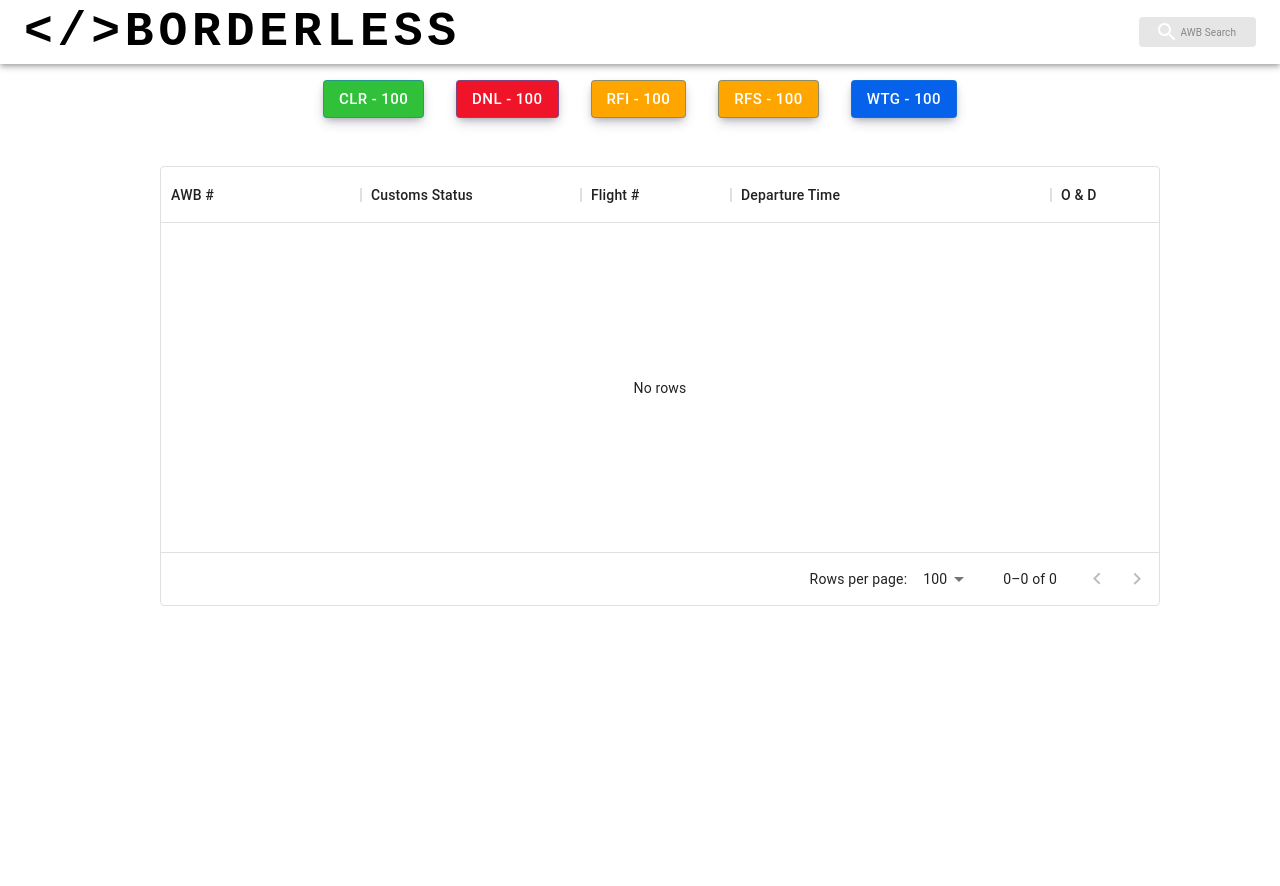
Repository: marlonguerios/onerecord_hackathon_2022
Page: /borderless
These files come from the project's save history. The page is drawn as it stood at one moment and after the next save; the edit follows.
The browser window is 1280 px wide. The pictures show the whole page.
The project was rebuilt for these pictures with package versions that can differ from the ones it lists, and the page was loaded fresh each time. Also part of the build but not shown: src/Dashboard.js, src/Customs.css, src/CustomsHeader.js, src/CustomsContent.js, src/CustomsDashboard.js.

Above is the page before, as saved 2022-10-23 10:08:27.

After the next save:
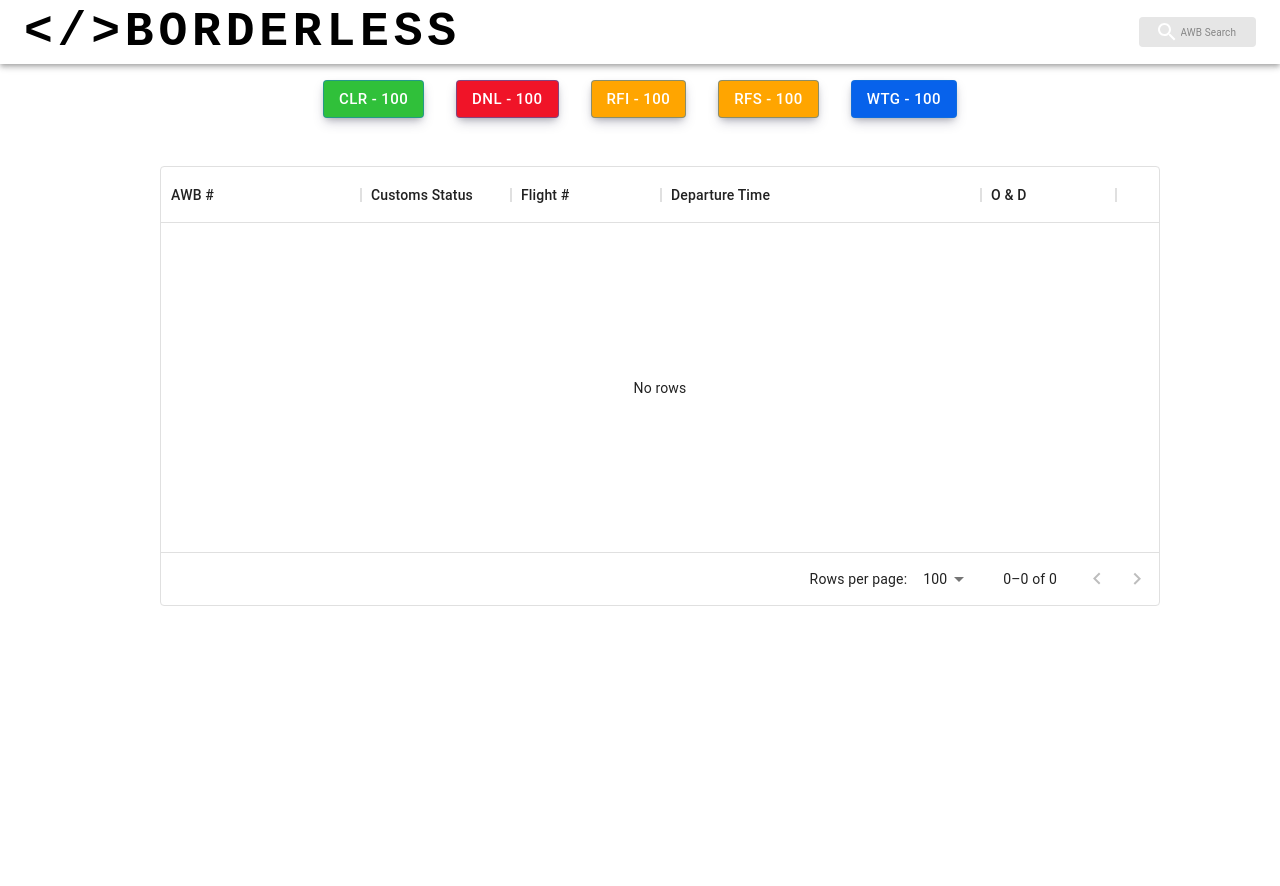
Saved 80 s later.
--- a/src/Warehouse.js
+++ b/src/Warehouse.js
@@ -114,7 +114,7 @@ class Warehouse extends Component {
                         )
                     }
                 },
-                { field: "col1", headerName: "Customs Status", width: 220 },
+                { field: "col1", headerName: "Customs Status", width: 150 },
                 { field: "col2", headerName: "Flight #", width: 150 },
                 { field: "col3", headerName: "Departure Time", width: 320 },
                 { field: "col4", headerName: "O & D", width: 135 }
